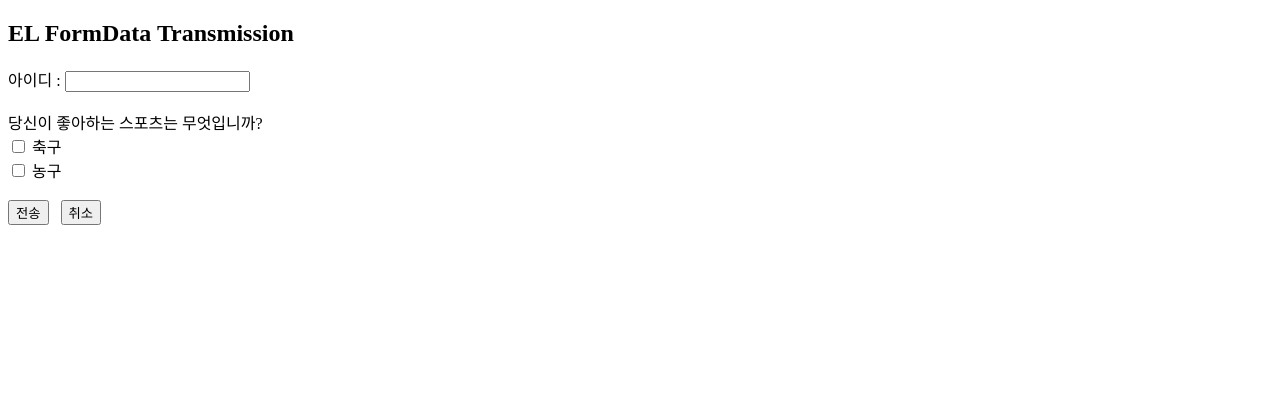
Repository: songyooon/java2
Page: http://localhost/practice03/05ELDataForm.jsp
An editor plug-in stored every save of this project. The page is shown before and after the next save, followed by the edit.
The browser window is 1280 px wide. The pictures show the whole page.
The page is served by Tomcat 9. Other server files are loaded and not shown.

Above is the page before, as saved 2022-11-10 04:51:44.

### practice03/WebContent/05ELDataForm.jsp
<%@ page language="java" contentType="text/html; charset=UTF-8"
    pageEncoding="UTF-8"%>
<%@ taglib prefix="c" uri="http://java.sun.com/jsp/jstl/core" %>
<%@ taglib prefix="fmt" uri="http://java.sun.com/jsp/jstl/fmt" %>
<%@ page import="java.util.*" %>
<%@ page import="java.text.*, java.net.InetAddress" %>
<%@ include file="common.jsp" %>
<!DOCTYPE html>
<html>
<head>
<meta charset="UTF-8">
<title>05 EL Data Form</title>
</head>
<body>
	<h2>EL FormData Transmission</h2>
	<form action="05ELParam" method="post">
		<label for="id">아이디</label> :
		<input type="text" name="id" id="id"><br><br>
		당신이 좋아하는 스포츠는 무엇입니까?<br>
		<input type="checkbox" id="hobby1" name="hobby" value="축구">
		<label for="hobby1">축구</label><br>
		<input type="checkbox" id="hobby2" name="hobby" value="농구">
		<label for="hobby2">농구</label><br><br>

		<input type="submit" value="전송">&nbsp;&nbsp;
		<input type="reset" value="취소">
	</form>
</body>
</html>

Loaded but not shown: practice03/WebContent/common.jsp (common file)

After the next save:
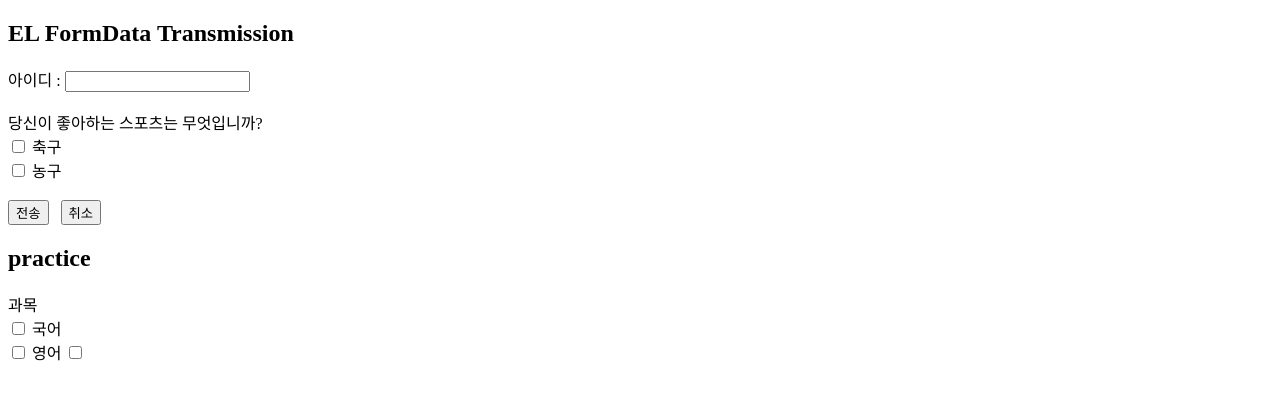
Saved 4 min 23 s later.
--- a/practice03/WebContent/05ELDataForm.jsp
+++ b/practice03/WebContent/05ELDataForm.jsp
@@ -25,5 +25,16 @@
 		<input type="submit" value="전송">&nbsp;&nbsp;
 		<input type="reset" value="취소">
 	</form>
+
+	<h2>practice</h2>
+	<form action="05ELParam" method="post">
+		과목<br>
+		<input type="checkbox" id="subj1" name="subj" value="국어">
+		<label for="subj1">국어</label><br>
+		<input type="checkbox" id="subj2" name=subj" value="영어">
+		<label for="subj2">영어</label>
+		<input type="checkbox" id="subj3" name="subj" value="과학">
+
+	</form>
 </body>
 </html>
